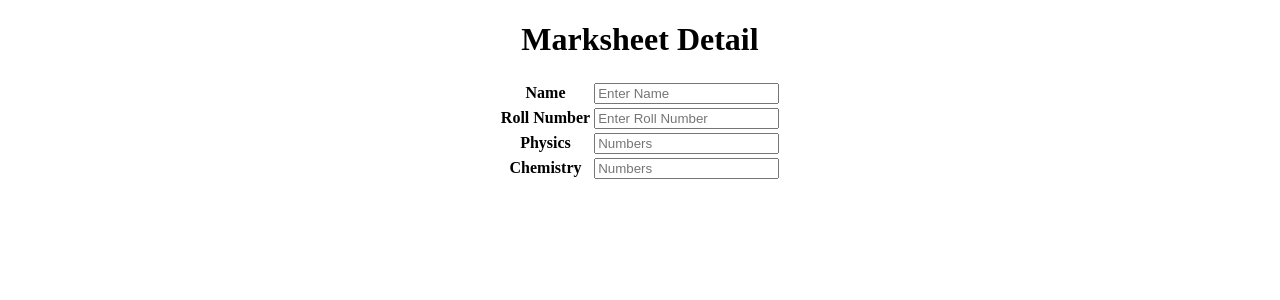
Repository: Abhi070717/Advance-Java
Page: http://localhost/Marksheet-Web-Project/MarksheetDetailsView.jsp
These files come from the project's save history. The page is drawn as it stood at one moment and after the next save; the edit follows.
The browser window is 1280 px wide. The pictures show the whole page.
The page is served by Tomcat 9.

Above is the page before, as saved 2026-01-24 11:25:40.

After the next save:
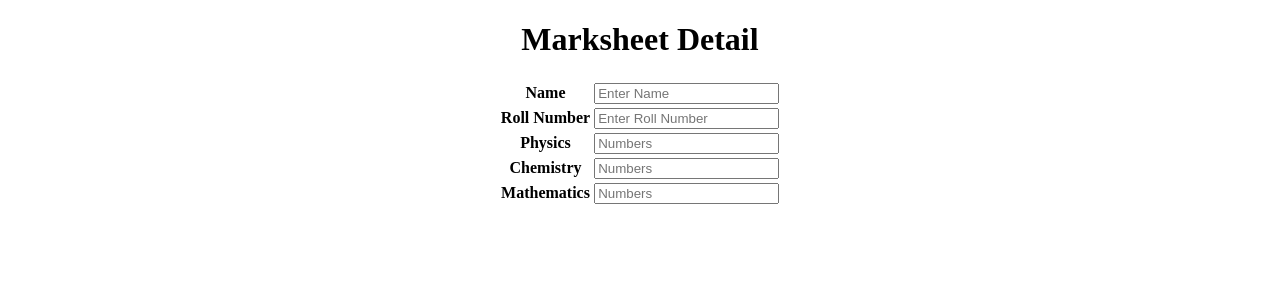
Saved 107 s later.
--- a/Jsp-servlet/Marksheet-Web-Project/WebContent/MarksheetDetailsView.jsp
+++ b/Jsp-servlet/Marksheet-Web-Project/WebContent/MarksheetDetailsView.jsp
@@ -31,6 +31,11 @@
 					<td><input type="Number" name="Chemistry" value=""
 						placeholder="Numbers"></td>
 				</tr>
+				<tr>
+					<th>Mathematics</th>
+					<td><input type="Number" name="Maths" value=""
+						placeholder="Numbers"></td>
+				</tr>
 			</table>
 		</form>
 
